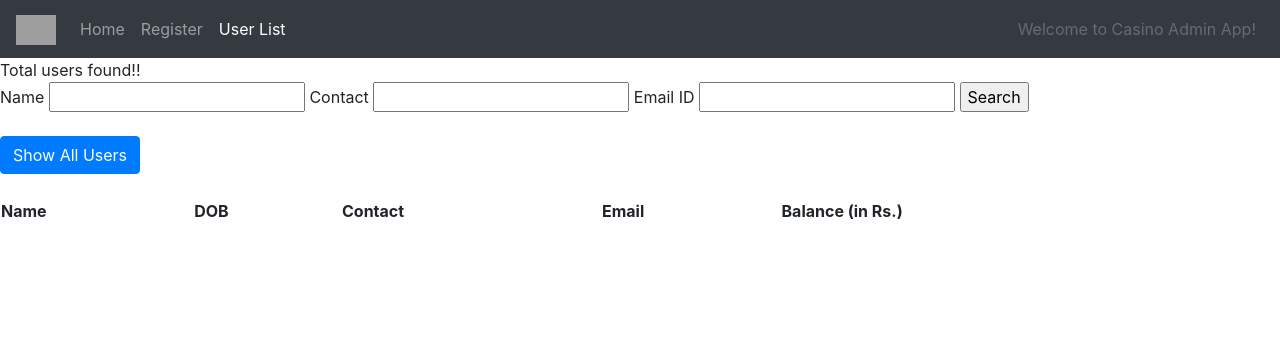
Repository: piyushrulesyou/CasinoGameApplication
Page: http://localhost/adminPanel/UsersList.jsp
The author's editor kept a copy of each file at every save. The page is drawn from the files as they stood at one save, then again after the next save.
The browser window is 1280 px wide. The pictures show the whole page.
Pictures or frames that could not be fetched are drawn as grey boxes. The page is served by Tomcat 9. Nobody is signed in. The application's start-up code is not run. Other server files are loaded and not shown.

Above is the page before, as saved 2019-11-01 07:06:02.

### AdminPanel/adminPanel/src/main/webapp/UsersList.jsp
<%@ taglib uri="http://java.sun.com/jsp/jstl/core" prefix="c"%>

<%@ page language="java" contentType="text/html; charset=ISO-8859-1"
	pageEncoding="ISO-8859-1" isELIgnored="false"%>

<!DOCTYPE html>
<html>
<head>
<title>UsersList</title>
<meta charset="utf-8">

<meta name="viewport" content="width=device-width, initial-scale=1">


<link rel="stylesheet"
	href="https://maxcdn.bootstrapcdn.com/bootstrap/4.3.1/css/bootstrap.min.css">
<script
	src="https://ajax.googleapis.com/ajax/libs/jquery/3.4.1/jquery.min.js"></script>
<script
	src="https://cdnjs.cloudflare.com/ajax/libs/popper.js/1.14.7/umd/popper.min.js"></script>
<script
	src="https://maxcdn.bootstrapcdn.com/bootstrap/4.3.1/js/bootstrap.min.js"></script>
</head>
<body>

	<nav class="navbar navbar-expand-sm bg-dark navbar-dark">
		<!-- 	<nav class="navbar navbar-expand-sm navbar-light bg-faded"> -->
		<a class="navbar-brand" href="index.jsp"> <img
			src="https://www.slotnite.com/images/sliders/livecasino/casino1.png"
			alt="logo" style="width: 40px;">
		</a>

		<!-- Links -->
		<ul class="navbar-nav mr-auto">
			<li class="nav-item"><a class="nav-link" href="index.jsp">Home</a></li>
			<li class="nav-item"><a class="nav-link" href="register">Register</a></li>
			<li class="nav-item"><a class="nav-link active" href="">User
					List</a></li>
		</ul>
		<ul class="navbar-nav">
			<li class="nav-item"><span class="nav-link disabled">Welcome
					to Casino Admin App!</span></li>
		</ul>
	</nav>

	Total ${listOfUsers.size()} users found!!

	<form action="filterUsers" method="post">
		Name <input type="text" id="filterName" name="filterName">
		Contact <input type="number" id="filterContact" name="filterContact">
		Email ID <input type="text" id="filterEMail" name="filterEMail">
		<input type="submit" value="Search">
	</form>
	<br>

	<a href="showUsers"><button class="btn btn-primary">Show
			All Users</button></a>

	<c:if test="${listOfUsers.size() == 0}">
		<div class="alert alert-danger">No Users Found!!</div>
	</c:if>

	<br>
	<br>

	<c:if test="${listOfUsers.size() != 0}">

		<table width="100%" class="w3-table-all w3-centered">
			<tr>
				<th>Name</th>
				<th>DOB</th>
				<th>Contact</th>
				<th>Email</th>
				<th>Balance (in Rs.)</th>
			</tr>

			<c:forEach items="${listOfUsers}" var="eachUser">

				<tr>
					<td>${eachUser.customerName}</td>
					<td>${eachUser.dateOfBirth}</td>
					<td>${eachUser.contactNumber}</td>
					<td>${eachUser.emailID}</td>
					<td>${eachUser.accountBalance}</td>

					<!-- 				<td><a -->
					<%-- 					href="edit?employeeCode=${item.employeeCode}&hrName=${hrName}"><button --%>
					<!-- 							class="buttonEdit">Edit</button></a> <a -->
					<%-- 					href="delete?employeeName=${item.employeeName}&employeeCode=${item.employeeCode}&hrName=${hrName}"><button --%>
					<!-- 							class="buttonDelete">Delete</button></a></td> -->

				</tr>
			</c:forEach>
		</table>
	</c:if>

</body>
</html>

After the next save:
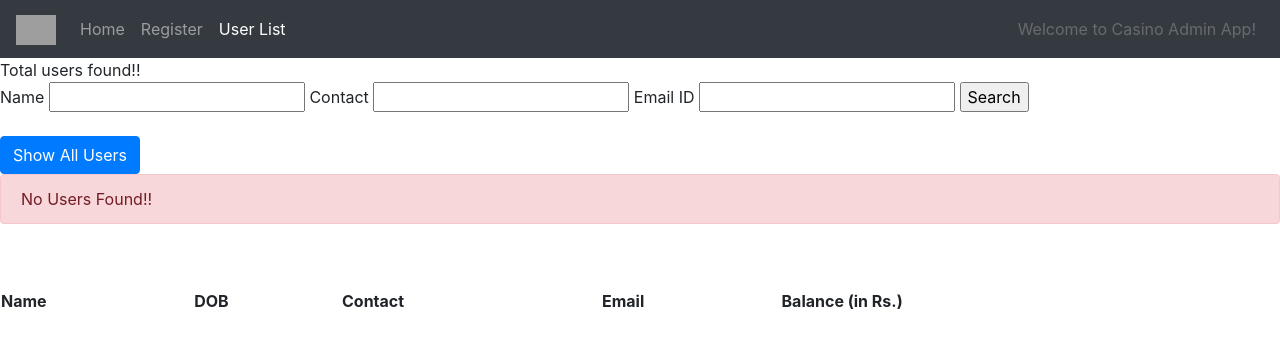
Saved 2 min 56 s later.
--- a/AdminPanel/adminPanel/src/main/webapp/UsersList.jsp
+++ b/AdminPanel/adminPanel/src/main/webapp/UsersList.jsp
@@ -1,4 +1,4 @@
-<%@ taglib uri="http://java.sun.com/jsp/jstl/core" prefix="c"%>
+<%-- <%@ taglib uri="http://java.sun.com/jsp/jstl/core" prefix="c"%> --%>
 
 <%@ page language="java" contentType="text/html; charset=ISO-8859-1"
 	pageEncoding="ISO-8859-1" isELIgnored="false"%>

After the save that followed:
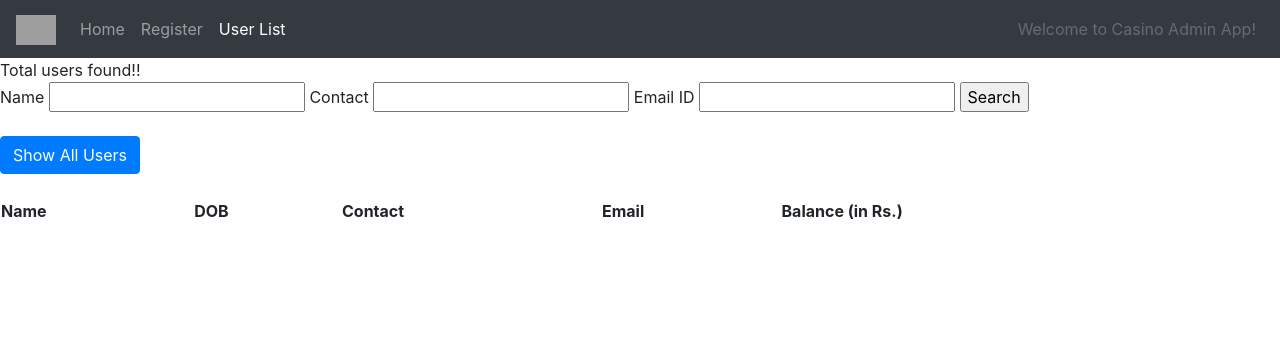
Saved 8 s later.
--- a/AdminPanel/adminPanel/src/main/webapp/UsersList.jsp
+++ b/AdminPanel/adminPanel/src/main/webapp/UsersList.jsp
@@ -56,9 +56,9 @@
 	<a href="showUsers"><button class="btn btn-primary">Show
 			All Users</button></a>
 
-	<c:if test="${listOfUsers.size() == 0}">
-		<div class="alert alert-danger">No Users Found!!</div>
-	</c:if>
+<%-- 	<c:if test="${listOfUsers.size() == 0}"> --%>
+<!-- 		<div class="alert alert-danger">No Users Found!!</div> -->
+<!-- 	</c:if> -->
 
 	<br>
 	<br>
